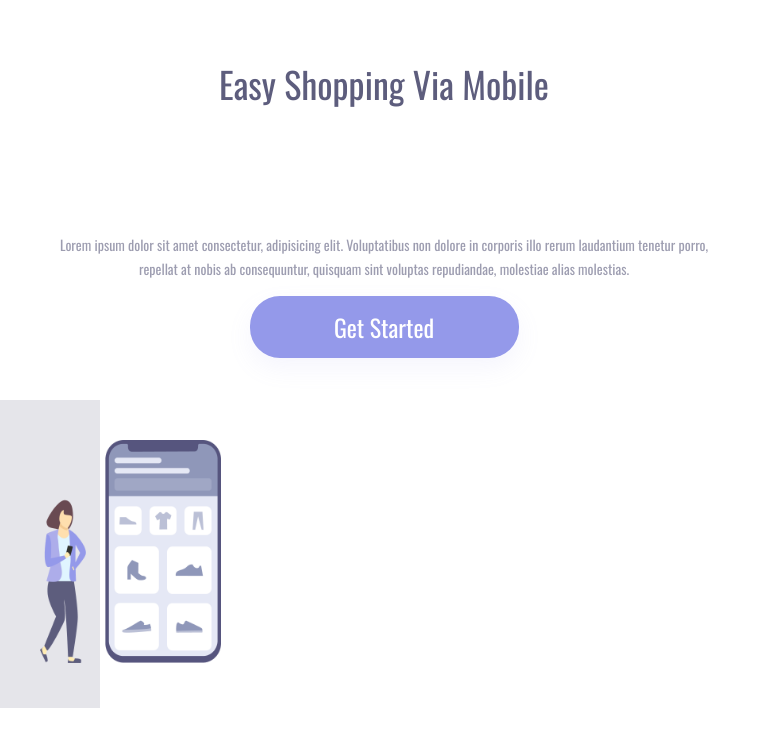
Repository: DihOliver/Projeto-Responsivo
Page: index.html
The author's editor kept a copy of each file at every save. The page is drawn from the files as they stood at one save, then again after a run of saves.
The browser window is 768 px wide. The pictures show the whole page.
Some web fonts or font styles are not loaded; a fallback is used.

Above is the page before, as saved 2023-06-26 15:15:14.

### index.html
<!DOCTYPE html>
<html lang="en">
  <head>
    <meta charset="UTF-8" />
    <meta http-equiv="X-UA-Compatible" content="IE=edge" />
    <meta name="viewport" content="width=device-width, initial-scale=1.0" />
    <link rel="stylesheet" href="./styles.css" />
    <link rel="preconnect" href="https://fonts.googleapis.com" />
    <link rel="preconnect" href="https://fonts.gstatic.com" crossorigin />
    <link
      href="https://fonts.googleapis.com/css2?family=Montserrat:ital,wght@0,500;0,600;0,700;0,900;1,400&family=Oswald&family=Poppins:wght@400;500;700&family=Roboto:wght@400;500;700&family=Tilt+Prism&display=swap"
      rel="stylesheet"
    />
    <title>Css - Responsividade</title>
  </head>
  <body>
    <div class="wrapper">
      <section class="container-left">
        <h1>Easy Shopping Via Mobile</h1>
        <p>
          Lorem ipsum dolor sit amet consectetur, adipisicing elit. Voluptatibus
          non dolore in corporis illo rerum laudantium tenetur porro, repellat
          at nobis ab consequuntur, quisquam sint voluptas repudiandae,
          molestiae alias molestias.
        </p>
        <button>Get Started</button>
      </section>
      <section class="container-rigth">
        <header>
          <a>Home</a>
          <a>Work</a>
          <a>About</a>
          <a>Contact</a>
        </header>
        <img alt="Girl=cellphone.png" src="./img/girl-cellphone.png" />
      </section>
    </div>
  </body>
</html>

### styles.css
*{
    margin: 0;
    padding: 0;
    box-sizing: border-box;
    font-family: 'Oswald', sans-serif;
    font-weight: 400;
}

.wrapper {
    height: 100vh;
    width: 100vw;

}

.container-left {
    display: inline-block;
    width: 60%;
    padding: 136px;
    margin-top: 25%;


}


.container-rigth {
    display: inline-block;
    background-color: rgba(93,93,125,0.16);
    height: 100vh;
    position: absolute;
    width: 540px;
    width: 40%;



}

img {
    position: relative;
    top: 25%;
    right: 130px;

}

h1 {
    font-weight: 0px;
    font-size: 70px;
    line-height: 50px;
    color: #5D5D7D;
    width: 368px;
    height: 160px;


}

p {
    font-size: 28px;
    line-height: 48px;
    color: #5D5D7D;
    opacity: 0.6;
    margin: 15px 0;
    width: 540px;

}

button {
    width: 269px;
    height: 62px;
    background: #9499EA;
    font-size: 24px;
    line-height: 36px;
    text-align: center;
    box-shadow: 0px 10px 24px rgba(148, 153, 234, 0.0979959);
    color: #FFFFFF;
    border: none;
    border-radius: 30px;
    cursor: pointer;
    }

    button:hover {
        opacity: .8;
    }

    button:active {
        opacity: .5;
    }

    a {
        font-size: 28px;
        line-height: 41px;
        color: #5D5D7D;
        margin: 41px;
        cursor: pointer;
    }

    a:nth-child(2) {
        opacity: 0.4;

    }

    a:hover {
        opacity: 0.4;
    }

    a:active {
        opacity: 0.8;
    }

    header {
        margin: 24px 0 0 57px;
    }

    @media screen and (max-width: 900px) {
        .container-left {
            width: 100%;
            height: 50%;
            padding: 0;
            margin: 0;
        }

        .container-rigth {
            display: block;
            height: auto;
            width: 100px;
            position: static;
            padding: 40px;
        }

        img {
            position: static;
            width: 905%;


        }

        header {
            display: none;
        }

        h1 {
            font-size:36px;
            line-height: 52px;
            width: auto;
            margin: 58px 50px 0 50px;
            text-align: center;

        }

        p {
            margin: 15px 40px;
            width: auto;
            text-align: center;
            font-size: 14px;
            line-height: 24px;
        }

        button {
            margin: 0 auto;
            display: block;
        }



    }

After the next 2 saves:
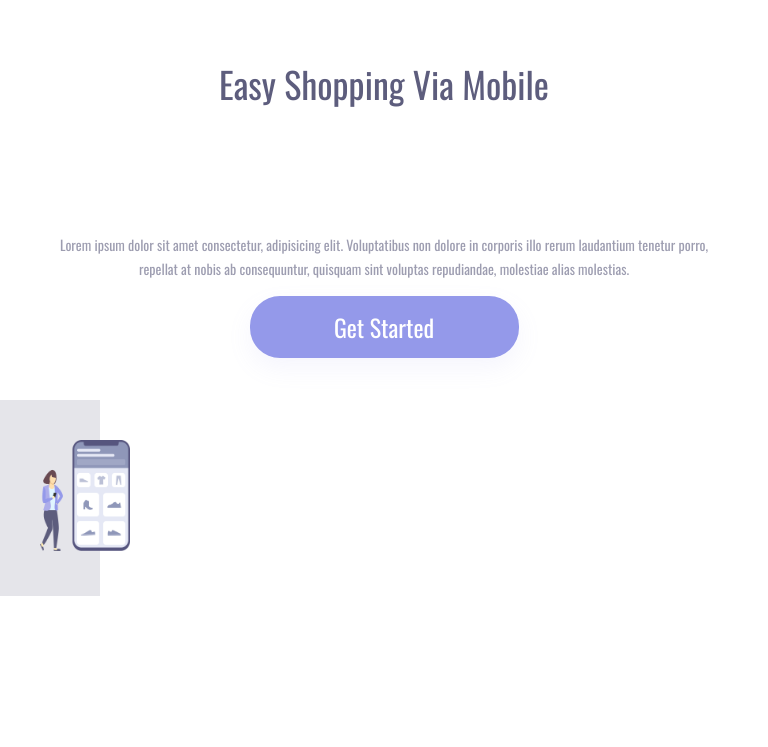
The 2 saves are shown as one change because they came seconds apart.
The last was saved 12 s later.
--- a/styles.css
+++ b/styles.css
@@ -127,7 +127,7 @@ button {
 
         img {
             position: static;
-            width: 905%;
+            width: 90px;
 
 
         }
